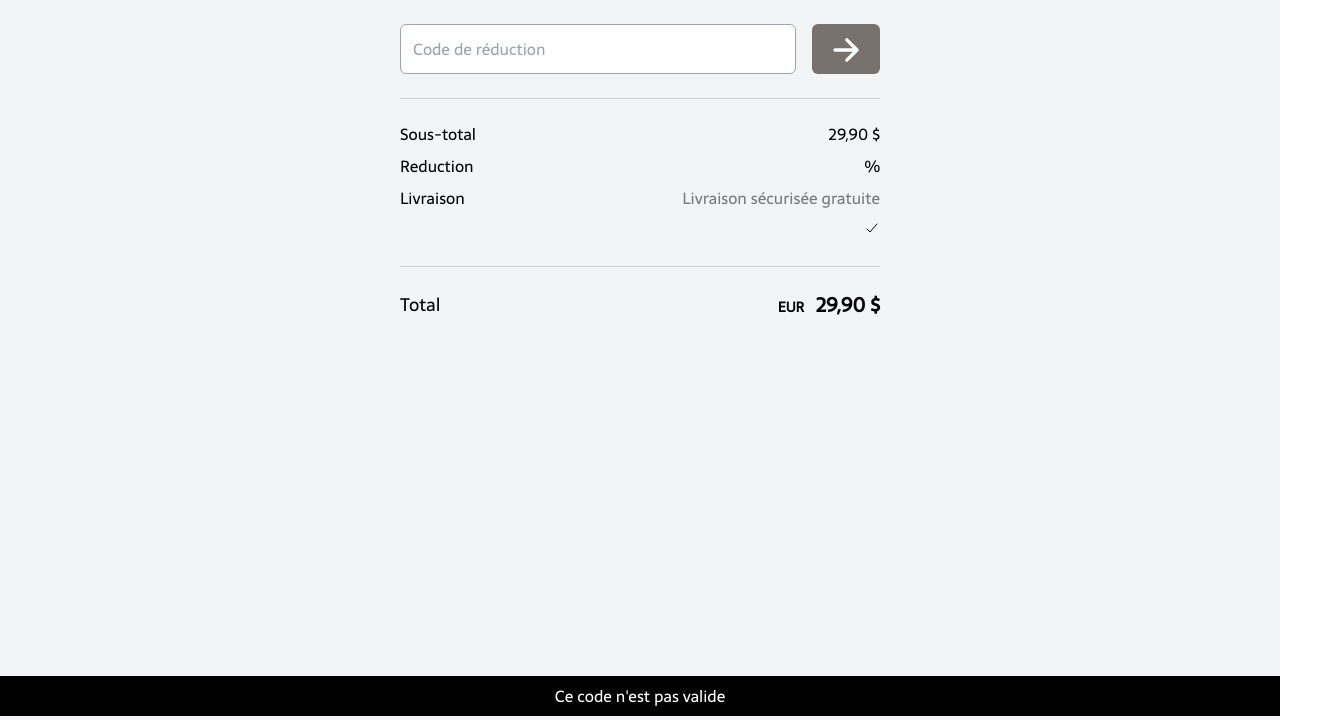
Repository: darlino/gotyu_shopify_section
Page: reduction_input210223/index.html
These files come from the project's save history. The page is drawn as it stood at one moment and after the next save; the edit follows.
The browser window is 1280 px wide. The page is 1280 px wide, then 1320 px, then 1280 px, so the pictures cover 1320 px, including what lies to the right of the window. The pictures show the whole page.
Some web libraries are served in a nearby version.

Above is the page before, as saved 2023-02-21 22:54:26.

### reduction_input210223/index.html
<!DOCTYPE html>
<html lang="en">
  <head>
    <meta charset="UTF-8" />
    <meta http-equiv="X-UA-Compatible" content="IE=edge" />
    <meta name="viewport" content="width=device-width, initial-scale=1.0" />
    <title>Document</title>
    <link rel="preconnect" href="https://fonts.googleapis.com" />
    <link rel="preconnect" href="https://fonts.gstatic.com" crossorigin />
    <link
      href="https://fonts.googleapis.com/css2?family=Sarala&display=swap"
      rel="stylesheet"
    />
    <link rel="stylesheet" href="style.css" />
    <script src="https://cdn.tailwindcss.com"></script>
    <script
      type="module"
      src="https://unpkg.com/ionicons@5.5.2/dist/ionicons/ionicons.esm.js"
    ></script>
    <script
      nomodule
      src="https://unpkg.com/ionicons@5.5.2/dist/ionicons/ionicons.js"
    ></script>
  </head>
  <body>
    <section id="reduction210223">
      <div
        class="max-w-[1300px] relative h-screen flex flex-col mx-auto bg-gray-100"
      >
        <div
          class="flex flex-col space-y-6 md:px-20 px-8 py-6 mx-auto md:w-1/2 w-full"
        >
          <div id="form" class="form flex flex-row justify-between space-x-4">
            <input
              type="text"
              id="reduction"
              name="reduction"
              class="px-3 w-5/6 py-2 border outline-none border-1 border-gray-400 bg-white rounded-md"
              placeholder="Code de réduction"
            />
            <button
              type="button"
              onclick="displayValue()"
              class="px-2 w-1/6 py-1 bg-stone-500 rounded-md text-center"
            >
              <ion-icon
                name="arrow-forward-outline"
                class="text-4xl bg-none text-white relative top-1"
              ></ion-icon>
            </button>
          </div>
          <div class="w-full h-[.25px] bg-slate-300"></div>
          <div class="flex flex-col space-y-2">
            <div class="flex flex-row justify-between">
              <p class="text-md">Sous-total</p>
              <p class="text-md">29,90 $</p>
            </div>
            <div class="flex flex-row justify-between">
              <p class="text-md">Reduction</p>
              <p class="text-md"><span id="reductionCode"> </span> %</p>
            </div>
            <div class="flex flex-row justify-between">
              <p class="text-md">Livraison</p>
              <div class="flex flex-col space-y-2">
                <p class="text-md text-black/50">
                  Livraison sécurisée gratuite
                </p>
                <span class="text-right">
                  <ion-icon name="checkmark-outline"></ion-icon>
                </span>
              </div>
            </div>
          </div>
          <div class="w-full h-[.25px] bg-slate-300"></div>
          <div class="flex flex-row justify-between">
            <p class="text-lg">Total</p>
            <p class="text-xl font-bold">
              <span class="px-2 text-sm"> EUR </span> 29,90 $
            </p>
          </div>
          <div
            class="absolute bottom-1 left-0 p-2 bg-black text-center w-full text-white"
          >
            Ce code n'est pas valide
          </div>
        </div>
      </div>
    </section>
    <script type="text/javascript">
      const promoCoupons = [
        {
          name: "abra",
          code: 20,
        },
        {
          name: "bonjour",
          code: 40,
        },
        {
          name: "cafe",
          code: 15,
        },
        {
          name: "dalton",
          code: 50,
        },
      ];
      function displayValue() {
        let inputValue = document.getElementById("reduction").value;
        console.log("Input value is", inputValue);
        const promo = promoCoupons.filter(
          (coupon) => coupon.name === inputValue
        );
        console.log(promo);
      }
    </script>
  </body>
</html>

### reduction_input210223/style.css
* {
  margin: 0;
  padding: 0;
  font-family: "Sarala", sans-serif;
}
#reduction {
  width: 100%;
  height: 100%;
}

After the next save:
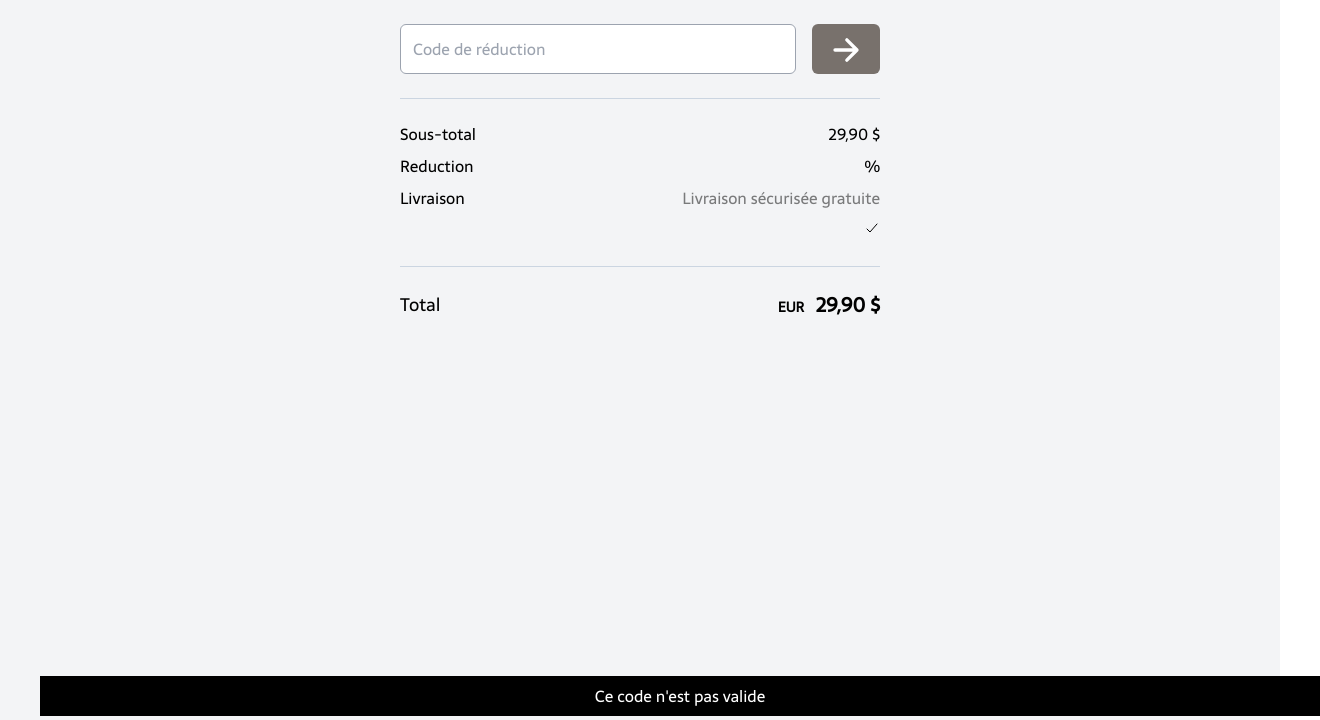
Saved 11 s later.
--- a/reduction_input210223/index.html
+++ b/reduction_input210223/index.html
@@ -79,7 +79,7 @@
             </p>
           </div>
           <div
-            class="absolute bottom-1 left-0 p-2 bg-black text-center w-full text-white"
+            class="absolute bottom-1 left-0 mx-10 p-2 bg-black text-center w-full text-white"
           >
             Ce code n'est pas valide
           </div>

After the save that followed:
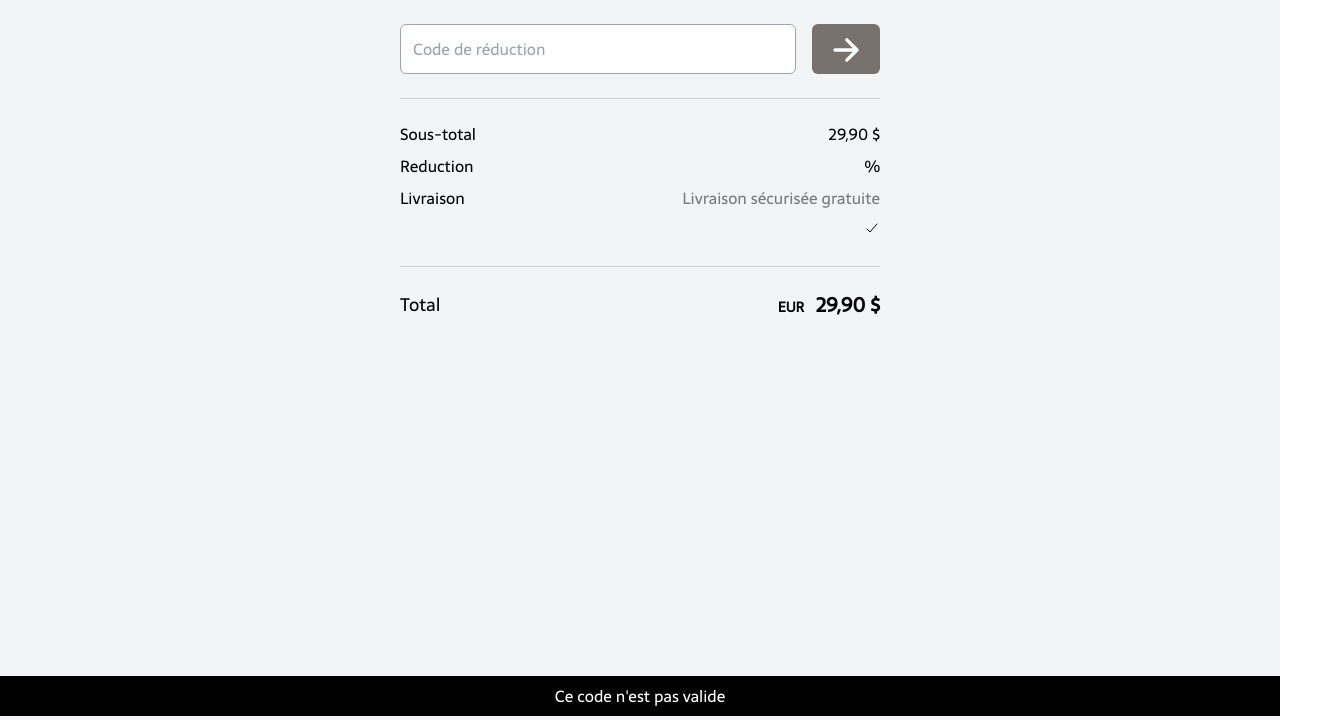
Saved 7 s later.
--- a/reduction_input210223/index.html
+++ b/reduction_input210223/index.html
@@ -79,7 +79,7 @@
             </p>
           </div>
           <div
-            class="absolute bottom-1 left-0 mx-10 p-2 bg-black text-center w-full text-white"
+            class="absolute bottom-1 left-0 xx-10 p-2 bg-black text-center w-full text-white"
           >
             Ce code n'est pas valide
           </div>
